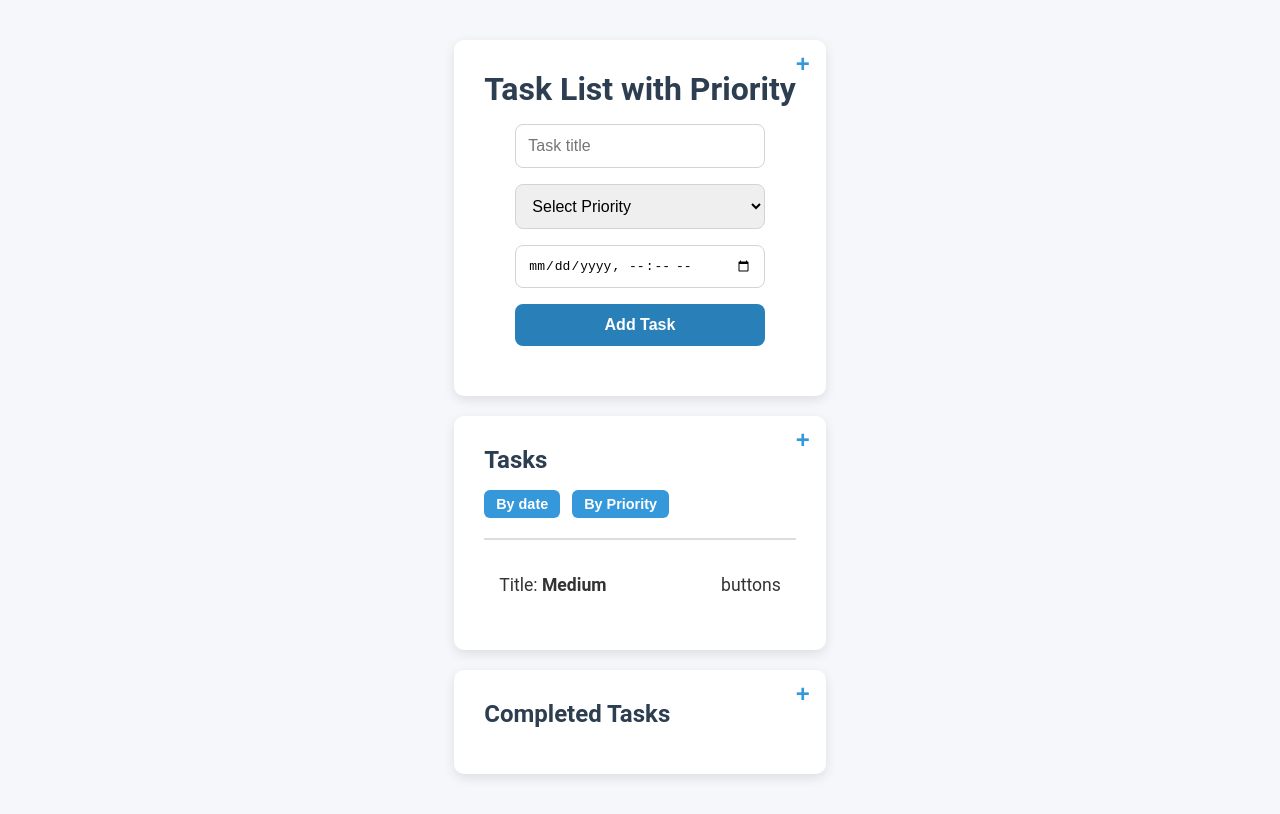
Repository: Lithium87/TaskList
Page: /
These files come from the project's save history. The page is drawn as it stood at one moment and after the next save; the edit follows.
The browser window is 1280 px wide. The pictures show the whole page.
The project was rebuilt for these pictures with package versions that can differ from the ones it lists, and the page was loaded fresh each time. Also part of the build but not shown: vite.config.js.

Above is the page before, as saved 2025-07-08 16:39:07.

After the next save:
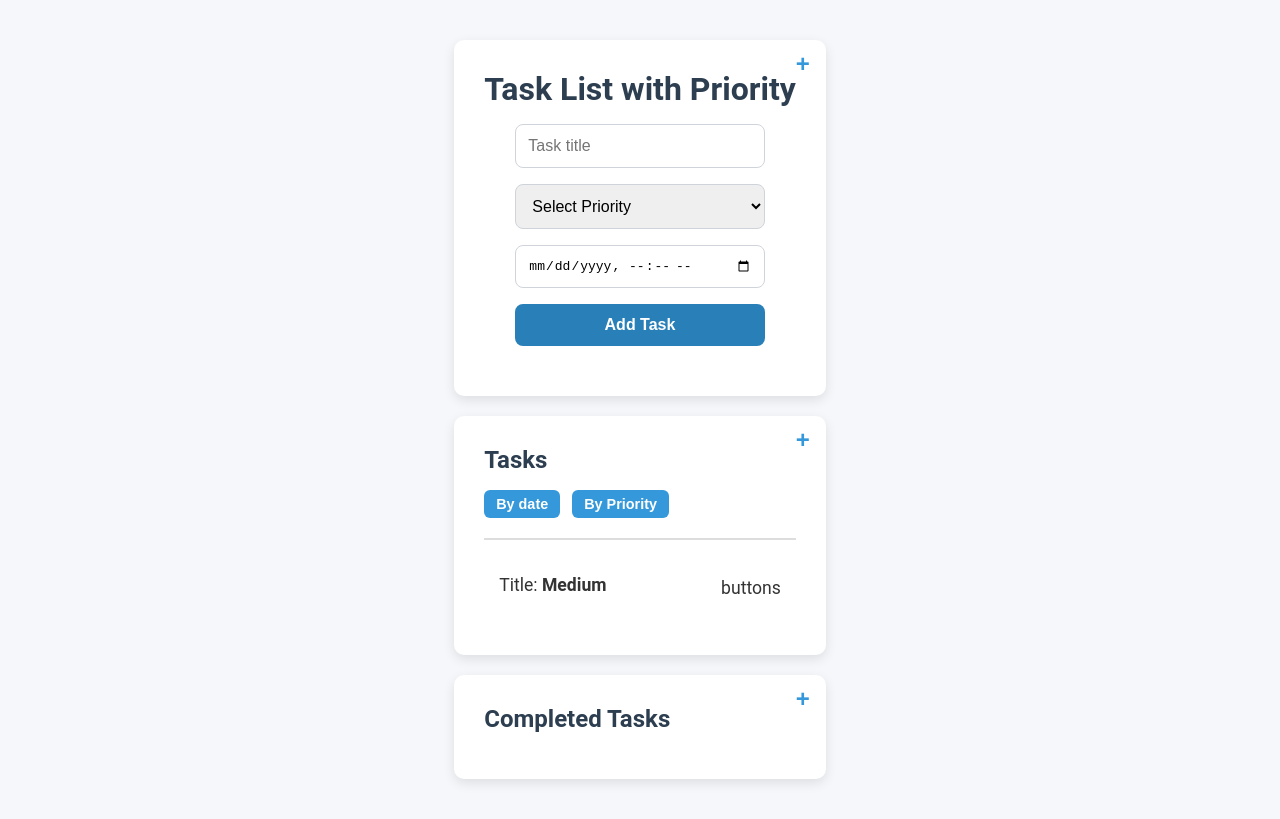
Saved 43 s later.
--- a/src/App.jsx
+++ b/src/App.jsx
@@ -56,6 +56,7 @@ const TaskItem = ({title, priority, dueDate}) => {
         <div>
           Title: <strong>Medium</strong>
         </div>
+        <div className="task-deadline" />
       </div>
       <div className="task-buttons">buttons</div>
     </li>
